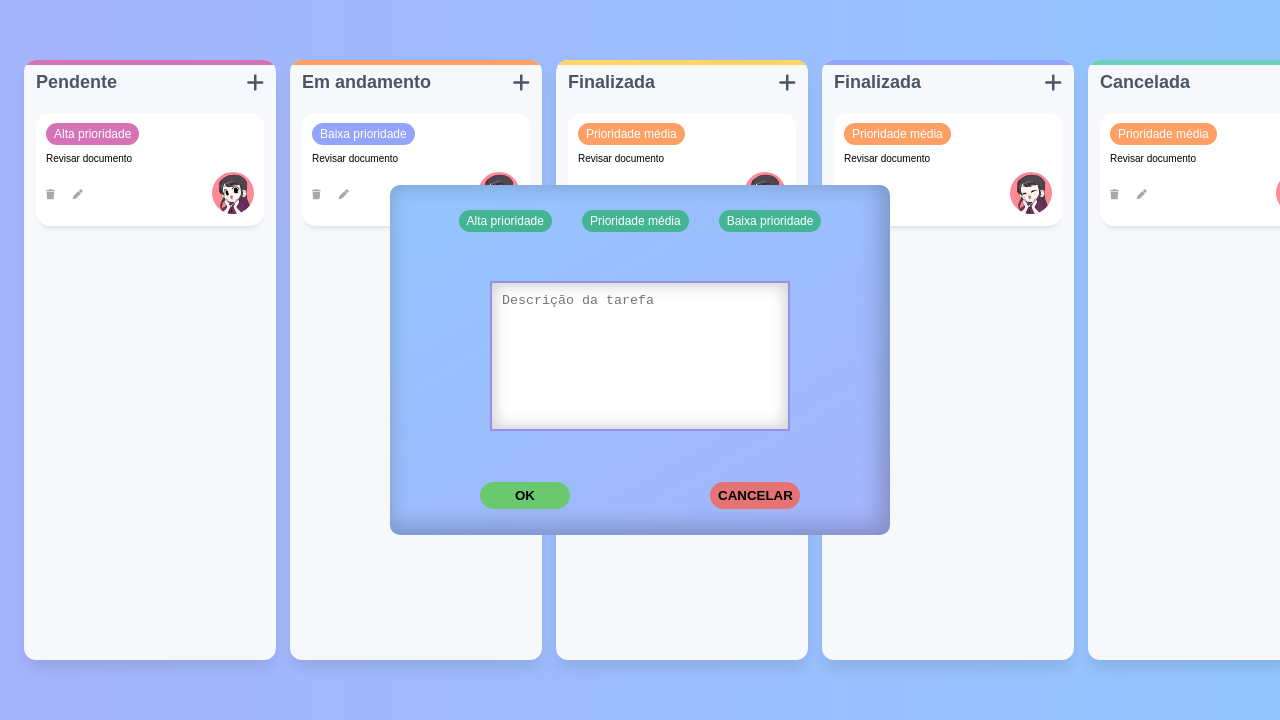
Repository: Marinalr-25/ProjetoToDoList
Page: index.html
The author's editor kept a copy of each file at every save. The page is drawn from the files as they stood at one save, then again after the next save.
The browser window is 1280 px wide. The pictures show the whole page.
The first visible `.caixa_texto` has the focus.
Some web fonts or font styles are not loaded; a fallback is used. Some web libraries are served in a nearby version.

Above is the page before, as saved 2024-10-31 19:33:30.

### index.html
<!DOCTYPE html>
<html lang="pt-BR">
  <head>
    <meta charset="UTF-8" />
    <meta name="viewport" content="width=device-width, initial-scale=1.0" />
    <link rel="preconnect" href="https://fonts.googleapis.com" />
    <link rel="preconnect" href="https://fonts.gstatic.com" crossorigin />
    <link
      href="https://fonts.googleapis.com/css2?family=Playpen+Sans:wght@100..800&family=Roboto:ital,wght@0,100;0,300;0,400;0,500;0,700;0,900;1,100;1,300;1,400;1,500;1,700;1,900&display=swap"
      rel="stylesheet"
    />
    <link
      rel="stylesheet"
      href="https://cdnjs.cloudflare.com/ajax/libs/font-awesome/6.6.0/css/all.min.css"
      integrity="sha512-Kc323vGBEqzTmouAECnVceyQqyqdsSiqLQISBL29aUW4U/M7pSPA/gEUZQqv1cwx4OnYxTxve5UMg5GT6L4JJg=="
      crossorigin="anonymous"
      referrerpolicy="no-referrer"
    />
    <link rel="stylesheet" href="css/style.css" />
    <title>Suas tarefas</title>
  </head>
  <body>
    <main class="kanban">
      <!-- coluna 1 -->
      <div class="kanban-column" data-id="1">
        <div class="kanban-title">
          <h2>Pendente</h2>
          <button class="add-card"><i class="fa-solid fa-plus"></i></button>
        </div>
        <div class="kanban-cards">
          <div class="kanban-card" draggable="true">
            <div class="badge high">
              <span>Alta prioridade</span>
            </div>
            <p class="card-title">Revisar documento</p>
            <div class="card-infos">
              <div class="card-icons">
                <p>
                  <i class="fa-solid fa-trash"></i>
                </p>
                <p>
                  <i class="fa-solid fa-pen"></i>
                </p>
              </div>
              <div class="user">
                <img src="images/iconePerfil1.png" alt="avatar1" />
              </div>
            </div>
          </div>
        </div>
      </div>
      <!-- coluna 2 -->
      <div class="kanban-column" data-id="2">
        <div class="kanban-title">
          <h2>Em andamento</h2>
          <button class="add-card"><i class="fa-solid fa-plus"></i></button>
        </div>
        <div class="kanban-cards">
          <div class="kanban-card" draggable="true">
            <div class="badge low">
              <span>Baixa prioridade</span>
            </div>
            <p class="card-title">Revisar documento</p>
            <div class="card-infos">
              <div class="card-icons">
                <p>
                  <i class="fa-solid fa-trash"></i>
                </p>
                <p>
                  <i class="fa-solid fa-pen"></i>
                </p>
              </div>
              <div class="user">
                <img src="images/iconePerfil2.png" alt="avatar2" />
              </div>
            </div>
          </div>
        </div>
      </div>
      <!-- coluna 3 -->
      <div class="kanban-column" data-id="3">
        <div class="kanban-title">
          <h2>Finalizada</h2>
          <button class="add-card"><i class="fa-solid fa-plus"></i></button>
        </div>
        <div class="kanban-cards">
          <div class="kanban-card" draggable="true">
            <div class="badge medium">
              <span>Prioridade média</span>
            </div>
            <p class="card-title">Revisar documento</p>
            <div class="card-infos">
              <div class="card-icons">
                <p>
                  <i class="fa-solid fa-trash"></i>
                </p>
                <p>
                  <i class="fa-solid fa-pen"></i>
                </p>
              </div>
              <div class="user">
                <img src="images/iconePerfil2.png" alt="avatar2" />
              </div>
            </div>
          </div>
        </div>
      </div>
      <!-- coluna 4 -->
      <div class="kanban-column" data-id="4">
        <div class="kanban-title">
          <h2>Finalizada</h2>
          <button class="add-card"><i class="fa-solid fa-plus"></i></button>
        </div>
        <div class="kanban-cards">
          <div class="kanban-card" draggable="true">
            <div class="badge medium">
              <span>Prioridade média</span>
            </div>
            <p class="card-title">Revisar documento</p>
            <div class="card-infos">
              <div class="card-icons">
                <p>
                  <i class="fa-solid fa-trash"></i>
                </p>
                <p>
                  <i class="fa-solid fa-pen"></i>
                </p>
              </div>
              <div class="user">
                <img src="images/iconePerfil2.png" alt="avatar2" />
              </div>
            </div>
          </div>
        </div>
      </div>
      <!-- coluna 5 -->
      <div class="kanban-column" data-id="5">
        <div class="kanban-title">
          <h2>Cancelada</h2>
          <button class="add-card"><i class="fa-solid fa-plus"></i></button>
        </div>
        <div class="kanban-cards">
          <div class="kanban-card" draggable="true">
            <div class="badge medium">
              <span>Prioridade média</span>
            </div>
            <p class="card-title">Revisar documento</p>
            <div class="card-infos">
              <div class="card-icons">
                <p>
                  <i class="fa-solid fa-trash"></i>
                </p>
                <p>
                  <i class="fa-solid fa-pen"></i>
                </p>
              </div>
              <div class="user">
                <img src="images/iconePerfil2.png" alt="avatar2" />
              </div>
            </div>
          </div>
        </div>
      </div>

      <div class="adicionando">
        <div class="opcoes">
          <div class="custom_radio">
            <input
              type="radio"
              name="prioridade"
              id="alta_prioridade"
              placeholder="Alta prioridade"
            />
            <label for="alta_prioridade">Alta prioridade</label>
          </div>
          <div class="custom_radio">
            <input
              type="radio"
              name="prioridade"
              id="media_prioridade"
              placeholder="Alta prioridade"
            />
            <label for="media_prioridade">Prioridade média </label>
          </div>
          <div class="custom_radio">
            <input
              type="radio"
              name="prioridade"
              id="baixa_prioridade"
              placeholder="Alta prioridade"
            />
            <label for="baixa_prioridade">Baixa prioridade</label>
          </div>
      </div>
      <div class="descricao">
        <textarea placeholder="Descrição da tarefa" name="caixa_texto" id="caixa_texto" class="caixa_texto"></textarea>
      </div>
      <div class="buttons">
        <button class=" botao okButton">Ok</button>
        <button class=" botao cancelarButton">Cancelar</button>
      </div>
    </main>
    <script src="javascript/script.js"></script>
  </body>
</html>

### css/style.css
* {
  padding: 0;
  margin: 0;
  box-sizing: border-box;
}

*::-webkit-scrollbar {
  width: 0.8rem;
}

*::-webkit-scrollbar-track {
  background-color: #eaeffa;
  border-radius: 0.8rem;
}
*::-webkit-scrollbar-thumb {
  background-color: #b7d3fb;
  border-radius: 2rem;
}

html {
  font-size: 62.5%;
}

body {
  font-family: 'Playpen Sans', sans-serif;
  min-height: 100vh;
  display: flex;
  justify-content: center;
  align-items: center;
  background: linear-gradient(90deg, #a5b4fc, #93c5fd);
}

.kanban {
  display: flex;
  gap: 1.4rem;
  padding: 2.4rem;
  width: 100%;
  height: 90vh;
  overflow-x: auto;
}

.kanban-column {
  display: flex;
  flex-direction: column;
  gap: 1.8rem;
  height: 100%;
  overflow-y: auto;
  background-color: #f6f8fc;
  border-radius: 1.2rem;
  box-shadow: 0 1rem 1.5rem -0.3rem rgba(0, 0, 0, 0.1);
  padding: 1.2rem;
  overflow: hidden;
  min-width: 25.2rem;
  position: relative;

  &::after {
    position: absolute;
    content: '';
    top: 0;
    left: 0;
    height: 0.5rem;
    width: 100%;
  }
  &[data-id='1']::after {
    background-color: #d573b6;
  }
  &[data-id='2']::after {
    background-color: #fea065;
  }
  &[data-id='3']::after {
    background-color: #fed565;
  }
  &[data-id='4']::after {
    background-color: #92a5fb;
  }
  &[data-id='5']::after {
    background-color: #6ed0bc;
  }
}

.kanban-title {
  display: flex;
  justify-content: space-between;

  & h2 {
    font-size: 1.8rem;
    color: #4b5563;
    font-weight: 600;
  }
}

.add-card {
  color: #4b5563;
  font-size: 2rem;
  background-color: transparent;
  cursor: pointer;
  border: none;
}

.kanban-cards {
  display: flex;
  flex-direction: column;
  gap: 0.8rem;
  height: 100%;
  overflow-x: hidden;
  overflow-y: auto;
}

.kanban-card {
  display: flex;
  flex-direction: column;
  gap: 0.8rem;
  background-color: #ffffff;
  padding: 1rem;
  border-radius: 1.4rem;
  box-shadow: 0 0.5rem 0.5rem -0.3rem rgba(0, 0, 0, 0.1);
  cursor: pointer;
}

.badge {
  color: #ffffff;
  width: fit-content;
  font-size: 1.2rem;
  padding: 0.4rem 0.8rem;
  border-radius: 1.2rem;

  &.high {
    background-color: #d573b6;
  }
  &.medium {
    background-color: #fea065;
  }
  &.low {
    background-color: #92a5fb;
  }
}

.dragging {
  opacity: 0.5;
}

.card-infos {
  display: flex;
  justify-content: space-between;
  align-items: center;
}
.card-icons {
  display: flex;
  gap: 1.8rem;
  & i {
    color: #a8a8aa;
  }
}

.cards-hover {
  background-color: #eaeffa;
  border-radius: 0.8rem;
}

.user img {
  width: 4.2rem;
  height: 4.2rem;
  border-radius: 100%;
  object-fit: cover;
}

.adicionando {
  padding: 2rem;
  display: flex;
  flex-direction: column;
  justify-content: space-between;
  gap: 3.5rem;
  position: fixed;
  top: 50%;
  left: 50%;
  transform: translate(-50%, -50%);
  width: 50rem;
  height: 35rem;
  border-radius: 1rem;
  box-shadow: inset -0.5rem -0.5rem 2rem 0.5rem rgba(0, 0, 0, 0.2);
  background: linear-gradient(150deg, #93c5fd, #a5b4fc);
}

.opcoes {
  display: flex;
  justify-content: center;
  gap: 2rem;
}

.custom_radio input[type='radio'] {
  display: none;
}

.custom_radio label {
  display: inline-block;
  margin: 0.5rem;
  cursor: pointer;
  transition: all 0.2s ease;
  background-color: #43b494;
  color: #ffffff;
  width: fit-content;
  font-size: 1.2rem;
  padding: 0.4rem 0.8rem;
  border-radius: 1.2rem;
}

.custom_radio input[type='radio']:checked + label {
  box-shadow: 0 0.5rem 0.5rem 0.2rem rgba(0, 0, 0, 0.2);
}

label:hover {
  transform: scale(1.1);
}

#alta_prioridade:checked + label {
  background-color: #d573b6; /* Vermelho para alta prioridade */
}

#media_prioridade:checked + label {
  background-color: #fea065; /* Amarelo para média prioridade */
}

#baixa_prioridade:checked + label {
  background-color: #92a5fb; /* Verde para baixa prioridade */
}

.custom-radio input[type='radio']:checked {
  transform: scale(1.1);
}

.descricao {
  display: flex;
  justify-content: center;
}
.caixa_texto {
  width: 30rem;
  height: 15rem;
  padding: 1rem;
  border: 0;
  resize: none;
  box-shadow: inset 0 0 1.5rem 0.2rem #00000033;
}

.caixa_texto::placeholder {
  text-align: start;
}

.caixa_texto:focus {
  border: 2px solid #998fe8;
  outline: none;
}

.buttons {
  display: flex;
  justify-content: space-around;
  height: 4rem;
  align-items: center;
}

.botao {
  text-transform: uppercase;
  font-weight: 600;
  border: 0;
  border-radius: 5rem;
  padding: 0.6rem 0.8rem;
  width: 9rem;
  box-shadow: 0 0.5rem 0.5rem 0.2rem rgba(0, 0, 0, 0.2);
}

.okButton {
  background-color: #6ac96f;
  box-shadow: inset 0 0.5rem 0.5rem 0.2rem transparent;
  transition: all 0.3s ease;
  &:hover {
    box-shadow: inset 0.2rem -0.5rem 1rem 0.1rem #52b957;
    transform: scale(1.1);
  }
}
.cancelarButton {
  background-color: #e57373;
  box-shadow: inset 0 0.5rem 0.5rem 0.2rem transparent;
  transition: all 0.3s ease;
  &:hover {
    box-shadow: inset 0.2rem -0.5rem 1rem 0.1rem #d63d3d;
    transform: scale(1.1);
  }
}

### javascript/script.js
document.addEventListener('DOMContentLoaded', function () {
  const cards = document.querySelectorAll('.kanban-card');
  const colunas = document.querySelectorAll('.kanban-cards');
  const mais = document.querySelectorAll('.fa-solid.fa-plus');
  const cancelar = document.querySelector('.cancelarButton');
  const adicionando = document.querySelector('.adicionando');
  const textarea = document.querySelector('.caixa_texto');
  let dragCard = null;

  cards.forEach((card) => {
    card.addEventListener('dragstart', (e) => {
      dragCard = card;
      e.currentTarget.classList.add('dragging');
    });
    card.addEventListener('dragend', (e) => {
      e.currentTarget.classList.remove('dragging');
      dragCard = null;
    });
  });

  colunas.forEach((coluna) => {
    coluna.addEventListener('dragover', (e) => {
      e.preventDefault();
      e.currentTarget.classList.add('cards-hover');
    });
    coluna.addEventListener('dragleave', (e) => {
      e.currentTarget.classList.remove('cards-hover');
    });
    coluna.addEventListener('drop', (e) => {
      e.preventDefault();
      e.currentTarget.classList.remove('cards-hover');
      if (dragCard) {
        e.currentTarget.appendChild(dragCard);
      }
    });
  });

  const radios = document.querySelectorAll('input[name="prioridade"]');

  radios.forEach((radio) => {
    radio.addEventListener('change', () => {
      if (radio.checked) {
        const selecionadoPrioridade = radio.nextElementSibling.textContent;
        console.log(selecionadoPrioridade);
      }
    });
  });

  mais.forEach((adicionar) => {
    adicionar.addEventListener('click', function () {
      adicionando.style.display = 'flex';
    });
  });

  cancelar.addEventListener('click', function () {
    adicionando.style.display = 'none';
  });

  textarea.addEventListener('blur', function () {
    const textareavalue = this.value;
    console.log(textareavalue);
  });
});

After the next save:
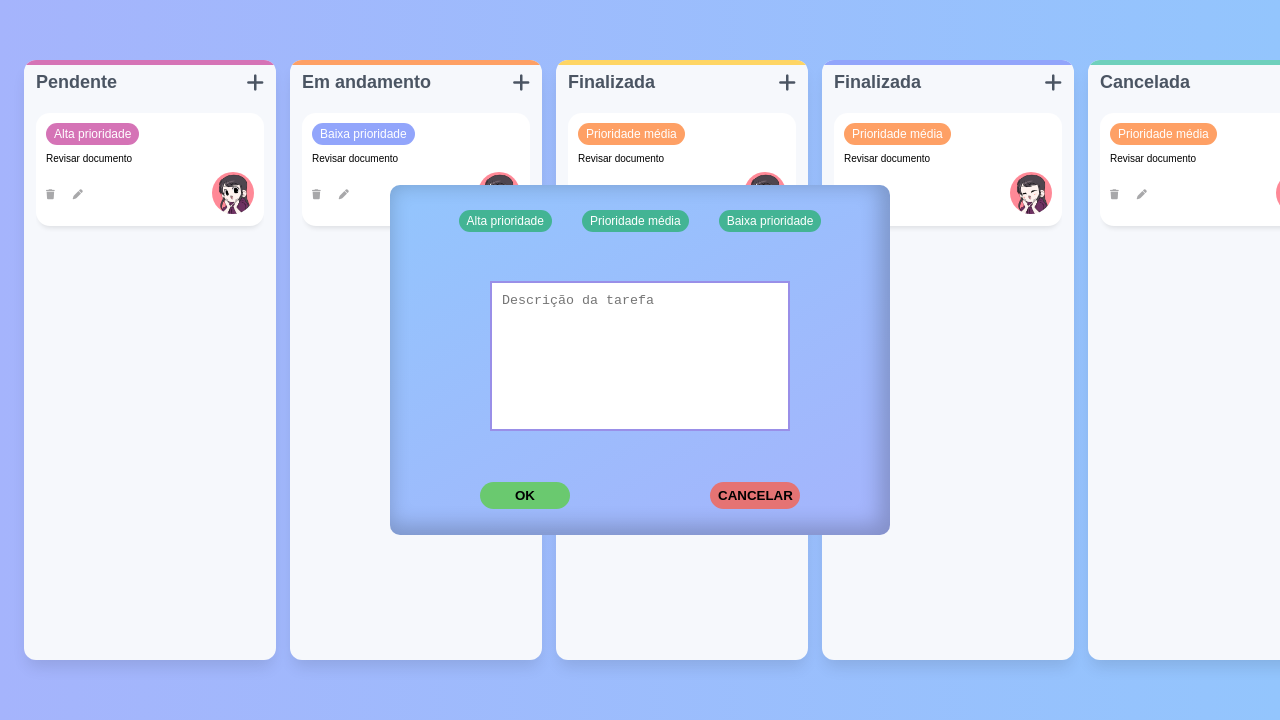
Saved 17 s later.
--- a/css/style.css
+++ b/css/style.css
@@ -247,6 +247,7 @@ label:hover {
 
 .caixa_texto:focus {
   border: 2px solid #998fe8;
+  box-shadow: inset 0 0 1.5rem 0.2rem transparent;
   outline: none;
 }
 
